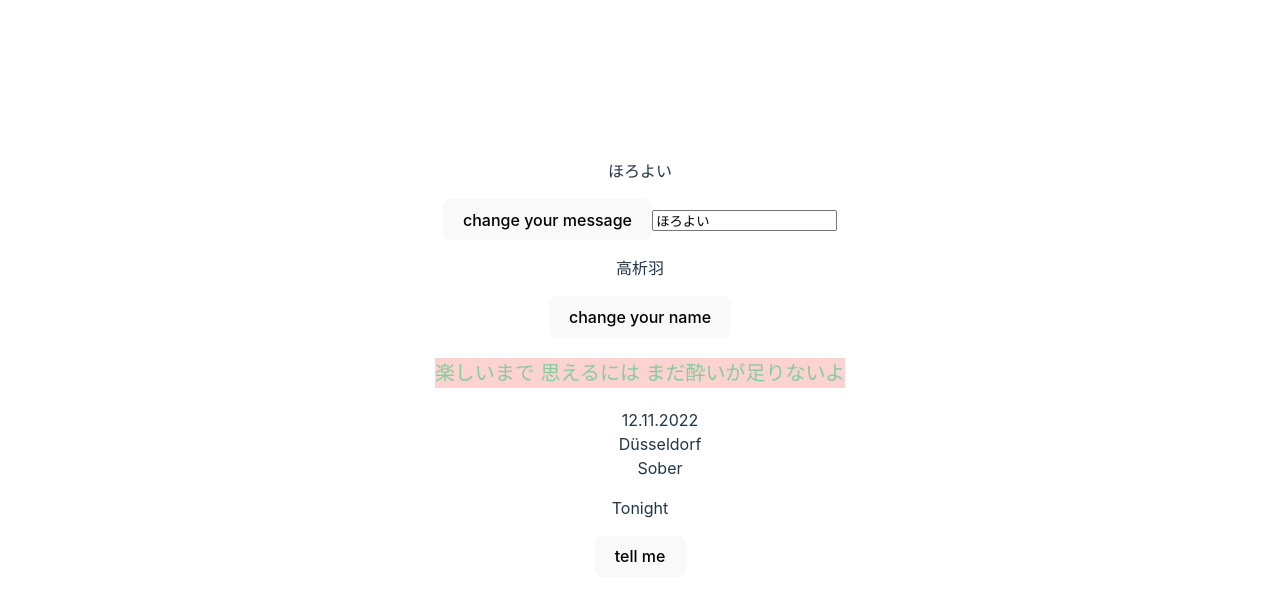
Repository: HyunraDate/NodaEmi
Page: /
An editor plug-in stored every save of this project. The page is shown before and after the next save, followed by the edit.
The browser window is 1280 px wide. The pictures show the whole page.
The project was rebuilt for these pictures with package versions that can differ from the ones it lists, and the page was loaded fresh each time. Also part of the build but not shown: vite.config.js, src/components/HelloWorld.vue.

Above is the page before, as saved 2023-08-22 14:08:33.

### index.html
<!DOCTYPE html>
<html lang="en">
  <head>
    <meta charset="UTF-8" />
    <link rel="icon" type="image/svg+xml" href="/vite.svg" />
    <meta name="viewport" content="width=device-width, initial-scale=1.0" />
    <title>芭露蓓蕾姬斯之夜</title>
  </head>
  <body>
    <div id="app"></div>
    <script type="module" src="./src/main.js"></script>
  </body>
</html>

### src/main.js
import { createApp } from 'vue'
import './style.css'
import App from './watch and dance.vue'

createApp(App).mount('#app')

### src/watch and dance.vue
<script>
import HelloWorld from './components/HelloWorld.vue'
//声明式渲染 提高开发效率
export default {
  data(){
    return{
      message: "ほろよい",
      user:{
        name:"高析羽"
      },
      activeColor: '#89CFF0',
      fontSize: '20px',
      bgcColor: '#febdf8',
      styleObj: {
        color: '#88CB9D',// 423 //'#89CFF0',
        fontSize:'20px',
        "background-color": '#FCD3D1'//'#FCDFF3' //'#FE929F'Millennial Pink //'#febdf8'
      },  //if 前缀太多styleObj放里度， 后面直接用styleObj就得啦
      Dating:{date:"12.11.2022", plate:"Düsseldorf", word:"Sober"},
      now:"Tonight",

      num:1,
    };
  },

  methods: {
    feeling:function(){
      this.Dating.unshift('天亮之前一直和我跳舞吧！')
    },
    //因为unshift只能改变数组，Dating唔系数组！所以Error,所以直接 <li v-for="(i, index1) in num" :key='index1'>天亮之前一直和我跳舞吧！</li>

    /*feeling(){
      this.num++
    }
    */
  },

  watch:{ //监听数据变化
    //每当message变化是就会调用这个函数
    message:function(newValue, oldValue){
      console.log(newValue);
      console.log(oldValue);
      //with that实行异步操作or复杂逻辑代码
    },

    /*user:function(newValue){
      console.log(newValue);
    }
    */

    //when we need 深度监听deep, deep is 布尔类型Boolean 表示是否需要深度监听
    user:{
      handler:function(newValue){
        console.log(newValue);
      },
      deep: true, //i wanna deep watch,监听器会一层层向下监听，给对象每个属性都加上监听器
    }

  }
};
</script>

<template>
<!--组件实例的所有property，无论如何定义，都可以在组件的模板中访问-->
  <div>
    <p>{{ message }}</p>
    <button @click="message='hey yeah!'">change your message</button>
    <!--v-model数据的双向绑定-->
    <!--d.h 我在v-model的输入框改变message的话，上面data的message也会改变-->
    <input type="text" v-model="message">
    <p>{{ user.name }}</p>
    <button @click="user.name='Puppy'">change your name</button>
    <!--but监听不到对象属性的变化，so we need深度监听-->

    <!--Style样式的多种操作Ways-->
    <p :style="styleObj">楽しいまで 思えるには まだ酔いが足りないよ</p>
    <!--This is 驼峰语法
    :style 支持绑定 JavaScript 对象值，对应的是 HTML 元素的 style 属性：
    CSS property 名可以驼峰式（camelCase）或者短横线分隔（kebab-case），记得用引号括起来命名；
    <p :style="{key(css属性名):value(属性值，来着Data中的属性)}"></p>-->
    <!--ps点解background-color要''，因为有-连词符号，用'background-color'as a string-->
    <!--if前缀太多，将Style的元素放在上面Data度-->

    <!--v-for 使用对象, item表示键值，key表示键名
    你也可以使用 v-for 来遍历一个对象的所有属性。遍历的顺序会基于对该对象调用 Object.keys() 的返回值来决定。-->
    <ul style="list-style-type: none">
      <li v-for="item in Dating" :key="item">{{ item }}</li>
      <!--<li v-for="(item,key) in Dating" :key="key">{{ item }}->{{ key }}</li>-->

      <!--换一种方法，因为不想先把话说出来
        <li v-for="(i, index1) in num" :key='index1'>天亮之前一直和我跳舞吧！</li>
        -->
    </ul>

    <p>{{ now }}</p>
    <button @click="now='天亮之前一直和我跳舞吧！'">tell me</button>

  </div>

</template>

<style scoped>
.logo {
  height: 6em;
  padding: 1.5em;
  will-change: filter;
  transition: filter 300ms;
}
#Tonight{
  color:rgb(95, 116, 126);
}
#Tonight2{
  color:rgb(160, 43, 68);
}
.Tonight{
  font-size:50px;
}
.logo:hover {
  filter: drop-shadow(0 0 2em fuchsia);
}
.logo.vue:hover {
  filter: drop-shadow(0 0 2em #89CFF0);
}

</style>

### src/form.vue
<script>
import Content from './components/Content.vue'
//私 根组件(root) （所以内容都是通过form.vue展示在页面上）
export default {
  data(){
    return{
      message:"lose",

    }
  },
  components:{
    Content
  },

  /*methods: {
    //给vue定义方法
    getChildMsg:function(value){ //hier value是默认值
      console.log(value);
      this.message=value

    }*/
};
</script>

<template>
<!--组件实例的所有property，无论如何定义，都可以在组件的模板中访问-->
  <!--form是父组件-->
  <!--Content是子组件-->
  <div>
    <!--虽然都系同一个content，但系只会改变你click嘅葛个，因为每次Content返回数据的对象都是新的对象-->
    <!--就是上面点改变，下面都系互不干扰的，唔会变-->
    <!--This is 数据储存-->

    <!--wanna get 子组件Content的数据，通过自定义事件-->
    <!--how to 自定义-->
    <!--2、在父组件在，通过v-on监听子组件中自定义事件，in methods-->
    <Content @injectMsg="getChildMsg"></Content>
    <p>♥ ♥ ♥ ♥ ♥ ♥ ♥ ♥ ♥ ♥ ♥ ♥ ♥ ♥ ♥ ♥ ♥ ♥ ♥</p>
    <h2>{{ message }}</h2>


    <!--<Content></Content>-->
    <!--<Content></Content>-->


  </div>
</template>

<style>

</style>

### src/components/Content.vue
<template>
    <!--私 树干组件-->
    <div>
        <!--组件是带有名称的可复用的实例，单独功能模块的封装-->
            <!--Content是父组件-->
            <!--Bye是子组件-->

            <!--父子组件的访问方式-->
            <!--父组件访问子组件： $refs-->
            <!--子组件访问父组件： $parent-->
            <!--子组件访问根组件： &root-->
        <p>---♥-----------------------------♥---</p>
        <Bye :callme='msg' kato='寂しい土曜の夜に' ref="sat"></Bye>  <!--"callme"这个绑定的属性是自定义的，
            =''后面是属性值，这是（前面知识点） v-bind：动态绑定属性内容，hier把msg绑回来-->
        <p>---♥-----------------------------♥---</p>
        <h2>告别诗的组件</h2>
        <h2>{{ msg }}</h2>
        <button @click="msg='回电我'">message</button>
        <Bye></Bye>
        <button @click="sendme">send to form</button>

        <h2>{{ message }}</h2>
    </div>


</template>

<script>
import Bye from './Bye.vue'
import {onUpdated} from 'vue'
export default {
    //props接受组件（App V3传过来的message）
    props:{
        type:String,
        default:"十月逃离"
    },

    setup(props){
        console.log(props);
        const {message}=props
        console.log(message);
        onUpdated(()=>{
            console.log(message);
        })
    },

    //Data必须是一个函数，必须要返回一个对象
    //因为当Content为form的子组件时，form中用的Content是多个<Content></Content>都是独立的，
    //d.h.让每一个组件对象都返回一个新的对象，不会造成数据污染。
    data(){
        return{
            msg:"唔好再揾我"
        };
    },

    //moubted(){
    //    console.log(this.message);

    components:{
        Bye
    },
    methods:{
        //how to 自定义 (2 Steps)
        //1、在子组件中，通过$emit()来触发事件
        sendme:function(){
            //this.$emit('事件的名称','发送的时间参数')
            this.$emit('injectMsg', this.msg) //hier是自定义的事件名称

        }
    },
}

</script>

### src/components/Bye.vue
<template>
    <!--私 树枝组件-->
    <div>
        <!-- ByeBye // dont want it-->
        <h2>{{ callme }}</h2>
        <h2>{{ kato }}</h2>
        </div>
</template>

<script>
export default {
    //props:['callme','kato'] hier ist 字符串数组， 多种类型就数组。
    pros:{ //对象用的最多
        //1、类型的限制
        //message: String //maomao绿色的
        //2、除了类型限制，还可以设置默认值
        message:{
            type: String,
            default:"Saturday",
            required:true //required是布尔boolan值，这里是一定给我传 （必传值）
        }
    }
}
</script>

Loaded but not shown: src/style.css (common file)

After the next save:
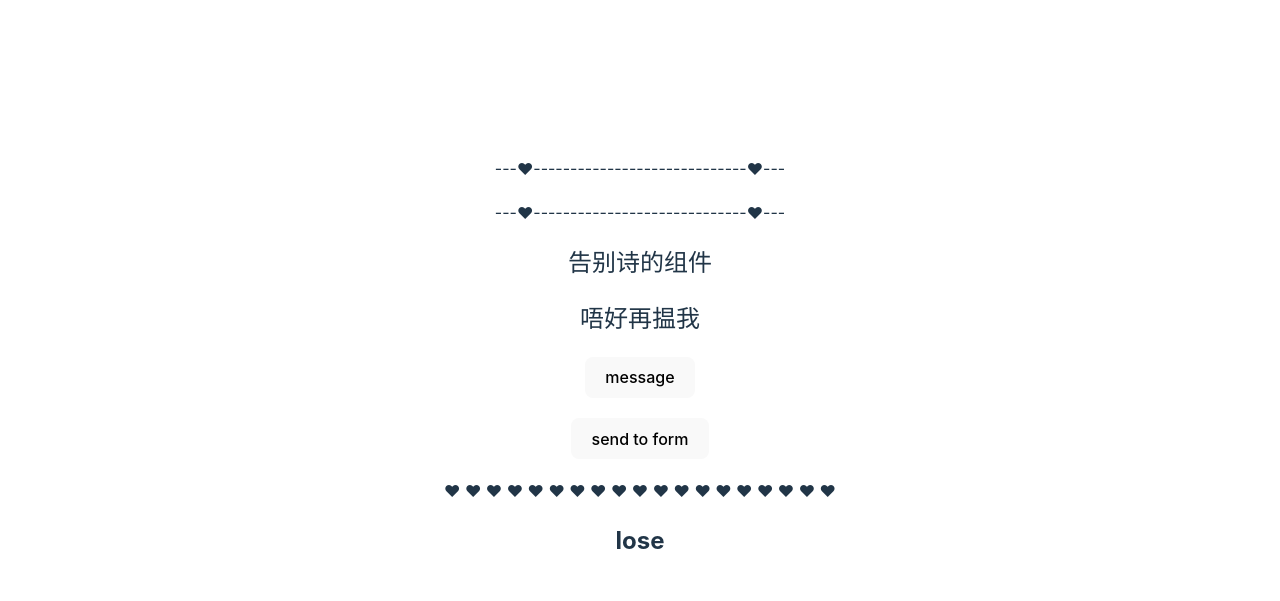
Saved 81 s later.
--- a/src/main.js
+++ b/src/main.js
@@ -1,5 +1,5 @@
 import { createApp } from 'vue'
 import './style.css'
-import App from './watch and dance.vue'
+import App from './form.vue'
 
 createApp(App).mount('#app')
